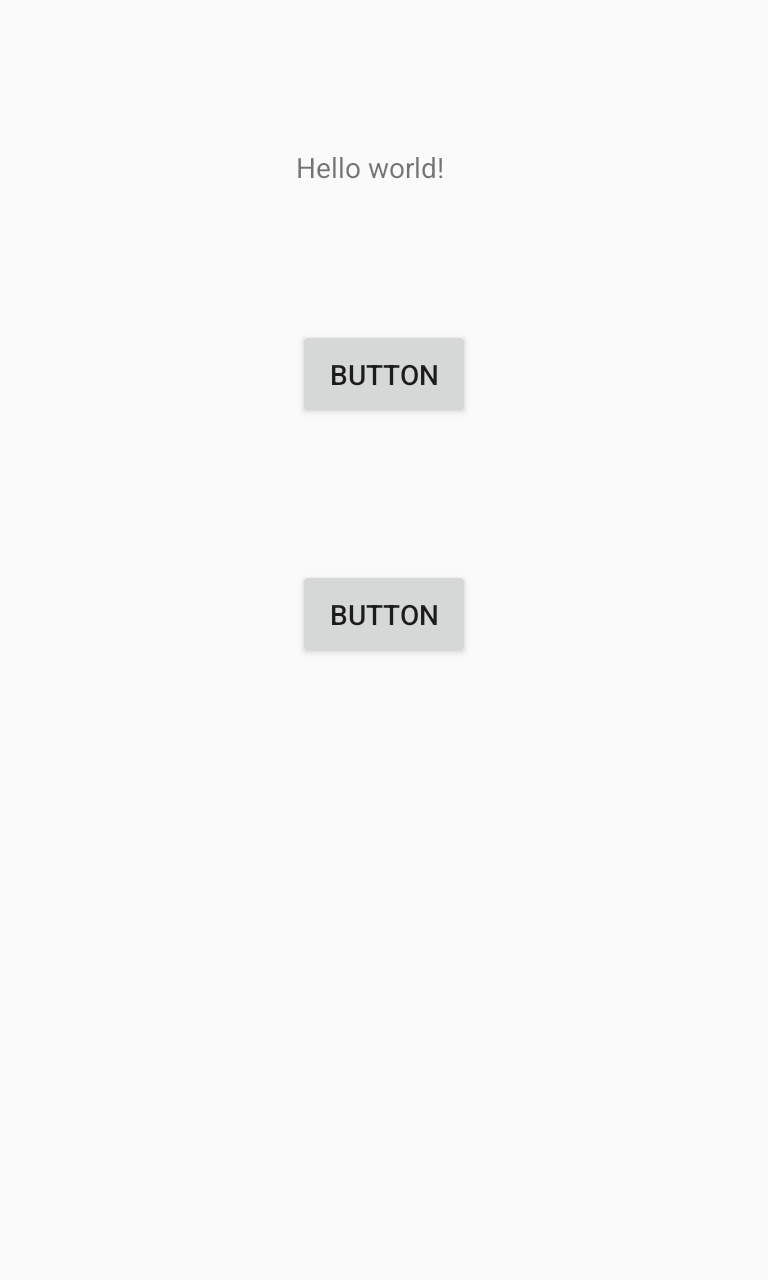
Repository: pgao/idd_hw5
Layout: hw5_android/res/layout/activity_main.xml
The author's editor kept a copy of each file at every save. The layout is drawn from the files as they stood at one save, then again after the next save.
It is drawn on a 768 x 1280 px phone screen (xhdpi) without system bars, with theme AppTheme; the app's code is not run.

Above is the layout before, as saved 2014-11-06 02:19:46.

### hw5_android/res/layout/activity_main.xml
<RelativeLayout xmlns:android="http://schemas.android.com/apk/res/android"
    xmlns:tools="http://schemas.android.com/tools"
    android:layout_width="match_parent"
    android:layout_height="match_parent"
    android:paddingBottom="@dimen/activity_vertical_margin"
    android:paddingLeft="@dimen/activity_horizontal_margin"
    android:paddingRight="@dimen/activity_horizontal_margin"
    android:paddingTop="@dimen/activity_vertical_margin"
    tools:context="com.example.hw5_android.MainActivity" >

    <Button
        android:id="@+id/btnOff"
        android:layout_width="wrap_content"
        android:layout_height="wrap_content"
        android:layout_alignLeft="@+id/btnOn"
        android:layout_below="@+id/btnOn"
        android:layout_marginTop="72dp"
        android:text="Button" />

    <Button
        android:id="@+id/btnOn"
        android:layout_width="wrap_content"
        android:layout_height="wrap_content"
        android:layout_below="@+id/txtArduino"
        android:layout_centerHorizontal="true"
        android:layout_marginTop="70dp"
        android:text="Button" />

    <TextView
        android:id="@+id/txtArduino"
        android:layout_width="wrap_content"
        android:layout_height="wrap_content"
        android:layout_alignLeft="@+id/btnOn"
        android:layout_alignParentTop="true"
        android:layout_marginTop="58dp"
        android:text="@string/hello_world" />

</RelativeLayout>

### hw5_android/res/values/strings.xml
<?xml version="1.0" encoding="utf-8"?>
<resources>

    <string name="app_name">hw5_android</string>
    <string name="hello_world">Hello world!</string>
    <string name="action_settings">Settings</string>

</resources>

Loaded but not shown: hw5_android/res/values/styles.xml (common file); hw5_android/res/values-v11/styles.xml (common file); hw5_android/res/values-v14/styles.xml (common file); hw5_android/res/values/dimens.xml (common file); hw5_android/res/values-w820dp/dimens.xml (common file)

After the next save:
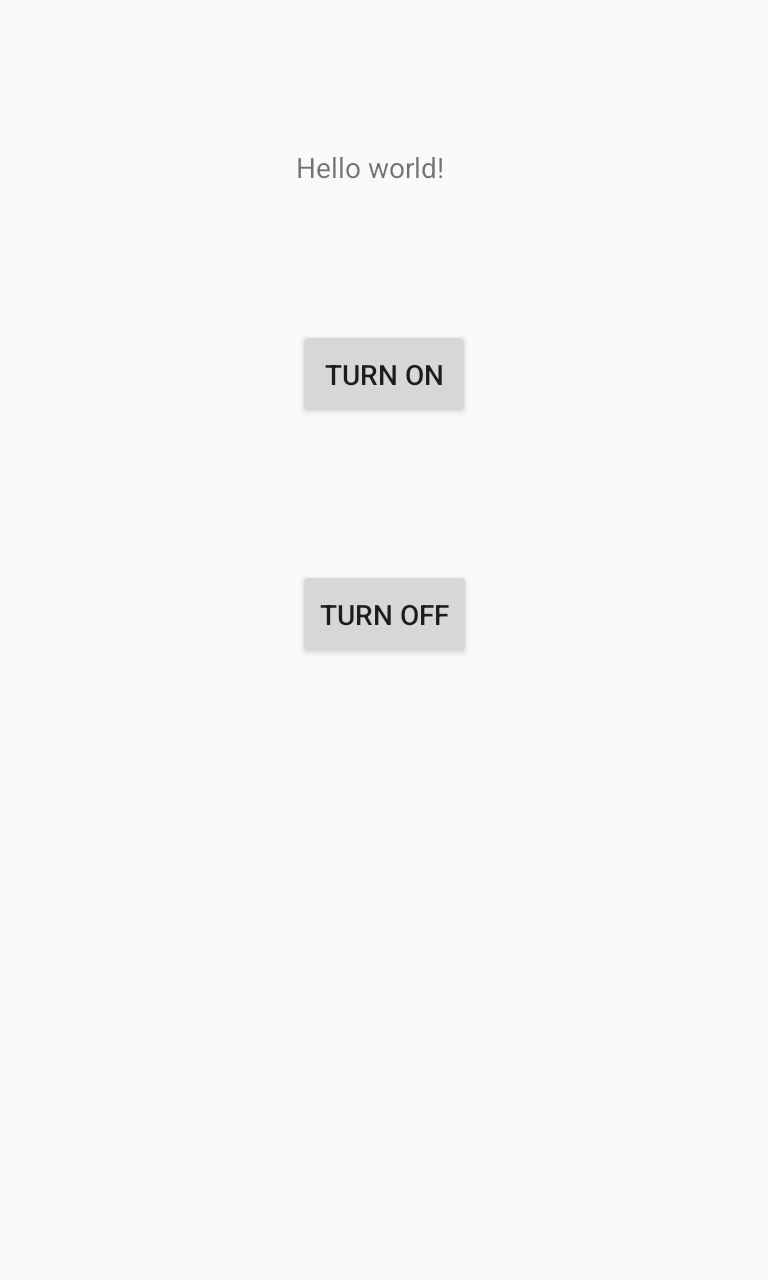
Saved 2 min 4 s later.
--- a/hw5_android/res/layout/activity_main.xml
+++ b/hw5_android/res/layout/activity_main.xml
@@ -15,7 +15,7 @@
         android:layout_alignLeft="@+id/btnOn"
         android:layout_below="@+id/btnOn"
         android:layout_marginTop="72dp"
-        android:text="Button" />
+        android:text="Turn Off" />
 
     <Button
         android:id="@+id/btnOn"
@@ -24,7 +24,7 @@
         android:layout_below="@+id/txtArduino"
         android:layout_centerHorizontal="true"
         android:layout_marginTop="70dp"
-        android:text="Button" />
+        android:text="Turn On" />
 
     <TextView
         android:id="@+id/txtArduino"
